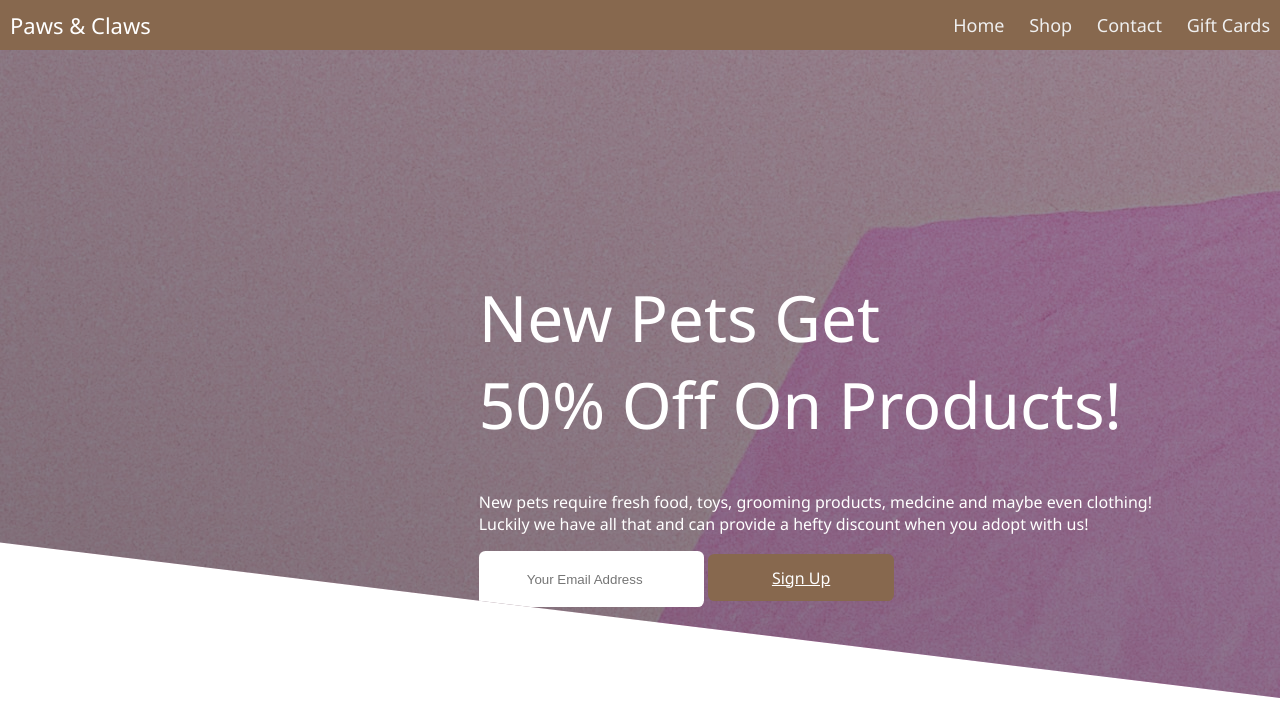
Repository: LtGriff/petProject
Page: dist/about.html
The author's editor kept a copy of each file at every save. The page is drawn from the files as they stood at one save, then again after the next save.
The browser window is 1280 px wide. The pictures show the whole page.

Above is the page before, as saved 2022-05-19 07:38:54.

### dist/about.html
<!DOCTYPE html>
<html lang="en">
<head>
    <meta charset="UTF-8">
    <meta http-equiv="X-UA-Compatible" content="IE=edge">
    <meta name="viewport" content="width=device-width, initial-scale=1.0">
    <link rel="stylesheet" type="text/css" href="../CSS/about.css">
    <title>About the Animal House</title>
</head>
<body>
<!-------------NAV***************BAR----------------------->

    <div class="nav">
        <input type="checkbox" id="nav-check">
        <div class="nav-header">
          <div class="nav-title">
            Paws & Claws
          </div>
        </div>
        <div class="nav-btn">
          <label for="nav-check">
            <span></span>
            <span></span>
            <span></span>
          </label>
        </div>

        <div class="nav-links">
          <a href="index.html" target="">Home</a>
          <a href="shop.html" target="_blank">Shop</a>
          <a href="contact.html" target="_blank">Contact</a>
          <a href="giftcard.html" target="_blank">Gift Cards</a>
        </div>
      </div>

    <!-------------NAV*******BAR********END----------------------->


 <!------------------HEADER*******SECTION---------------------->


 <div class="dogfield"></div>

 <header id="header-section">
  <div class="header-text container">
      <h1>New Pets Get <br> 50%  Off On Products!</h1>
      <p>
         New pets require fresh food, toys, grooming products, medcine and maybe even clothing!<br> Luckily we have all that and can provide a hefty discount when you adopt with us!
      </p>
      <input id="userInput" type="email" placeholder="Your Email Address" required>
      <a class="cta" href="#">Sign Up</a>
      <p id="error">Please provide a valid email address</p>
  </div>
</header>










</body>
</html>

### dist/CSS/about.css
/** NAV BAR **/

* {
    box-sizing: border-box;
  }

  body {
    margin: 0px;
    font-family: 'segoe ui';
  }

  .nav {
    height: 50px;
    width: 100%;
    background-color: #87684e;

  /**
    opacity: .5;
    filter: alpha(opacity=50);
    position: relative;**/
    /* z-index: ; */


    box-shadow:
    0 2.8px 2.2px rgba(0, 0, 0, 0.034),
    0 6.7px 5.3px rgba(0, 0, 0, 0.048),
    0 12.5px 10px rgba(0, 0, 0, 0.06),
    0 22.3px 17.9px rgba(11, 4, 4, 0.072),
    0 41.8px 33.4px rgba(0, 0, 0, 0.086),
    0 100px 80px rgba(0, 0, 0, 0.12);
  }

  .nav > .nav-header {
    display: inline;
  }

  .nav > .nav-header > .nav-title {
    display: inline-block;
    font-size: 22px;
    color: #fff;
    padding: 10px 10px 10px 10px;
  }

  .nav > .nav-btn {
    display: none;
  }

  .nav > .nav-links {
    display: inline;
    float: right;
    z-index: 9;
    font-size: 18px;
  }

  .nav > .nav-links > a {
    display: inline-block;
    padding: 13px 10px 13px 10px;
    text-decoration: none;
    color: #efefef;
  }

  .nav > .nav-links > a:hover {
    background-color: rgba(0, 0, 0, 0.3);
  }

  .nav > #nav-check {
    display: none;
  }


 /** HEADER SECTION **/

#header-section{
    height: 90vh;
    background-image: linear-gradient(
        to left bottom,
        rgba(0, 0, 0, 0.4),
        rgba(0, 0, 0, 0.5)),
    url("../img/catpink.jpg");
    background-attachment: fixed;
    background-size: auto;
    position: relative;
    object-fit: scale-down;
    clip-path: polygon(0% 0%,100% 0%,100% 100%,0% 76%);

  }



  .header-text {
    position: absolute;
    top: 28%;
    right: 10%;
    color: #ffffff;
  }

  .header-text h1 {
    font-size: 4rem;
    font-weight: 500;
  }

  .header-text p {
    margin-bottom: 1rem;
  }

  #header-section input {
    width: 225px;
    height: 3.5rem;
    border-radius: 0.4rem;
    border: none;
    padding: 0.5rem 3rem;
  }

  .cta {
    background-color: #87684e;
    padding: 0.8rem 4rem;
    border-radius: 0.4rem;
    color: #fff;
    font-weight: 400;
  }

  .cta:hover {
    transform: translateY(-3px);
    box-shadow: 0 1rem 2rem rgba(0, 0, 0, .2);
  }

  .cta:active {
    transform: translateY(-1px);
    box-shadow: 0 .5rem 1rem rgba(0, 0, 0, .2);
  }

  .cta::after {
    content: "";
    display: inline-block;
    height: 100%;
    width: 100%;
    border-radius: 10rem;
    position: absolute;
    top: 0;
    left: 0;
    z-index: -1;
    transition: all .4s;
  }

  .cta:hover::after {
    transform: scaleX(1.4) scaleY(1.6);
    opacity: 0;
  }

  #error {
    color: red;
    font-weight: 600;
    display: none;
    margin-top: 1rem;
    transition: all 0.5s ease-in;
  }

@media (max-width:600px) {
    .nav > .nav-btn {
      display: inline-block;
      position: absolute;
      right: 0px;
      top: 0px;
    }
    .nav > .nav-btn > label {
      display: inline-block;
      width: 50px;
      height: 50px;
      padding: 13px;
    }
    .nav > .nav-btn > label:hover,.nav  #nav-check:checked ~ .nav-btn > label {
      background-color: rgba(0, 0, 0, 0.3);
    }
    .nav > .nav-btn > label > span {
      display: block;
      width: 25px;
      height: 10px;
      border-top: 2px solid #eee;
    }
    .nav > .nav-links {
      position: absolute;
      display: block;
      width: 100%;
      background: rgb(234,212,189);
      background: linear-gradient(7deg, rgba(234,212,189,1) 0%, rgba(204,175,140,1) 24%, rgba(191,161,124,1) 64%, rgba(135,104,78,1) 98%);
      height: 0px;
      transition: all 0.3s ease-in;
      overflow-y: hidden;
      top: 50px;
      left: 0px;
    }
    .nav > .nav-links > a {
      display: block;
      width: 100%;
    }
    .nav > #nav-check:not(:checked) ~ .nav-links {
      height: 0px;
    }
    .nav > #nav-check:checked ~ .nav-links {
      height: calc(28vh - 50px);
      overflow-y: auto;
    }

  }

After the next save:
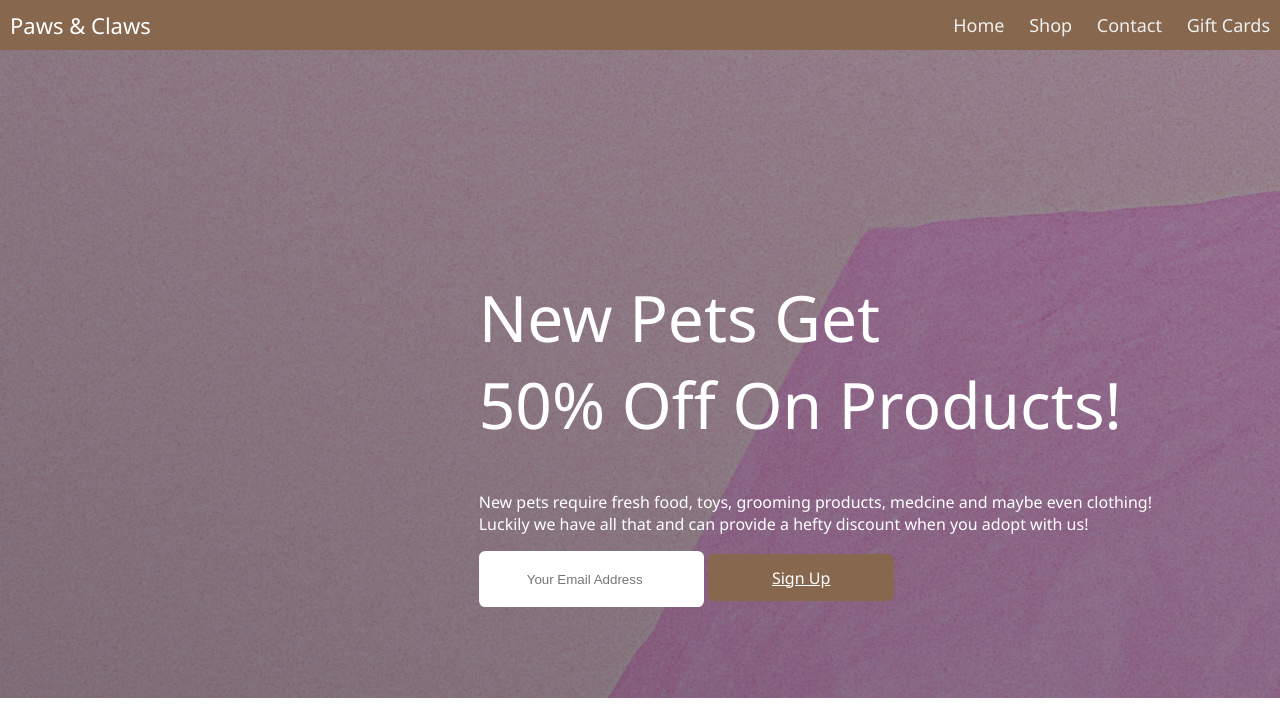
Saved 16 s later.
--- a/dist/CSS/about.css
+++ b/dist/CSS/about.css
@@ -80,7 +80,7 @@
     background-attachment: fixed;
     background-size: auto;
     position: relative;
-    object-fit: scale-down;
+    object-fit:
     clip-path: polygon(0% 0%,100% 0%,100% 100%,0% 76%);
 
   }

After the 3 saves that followed:
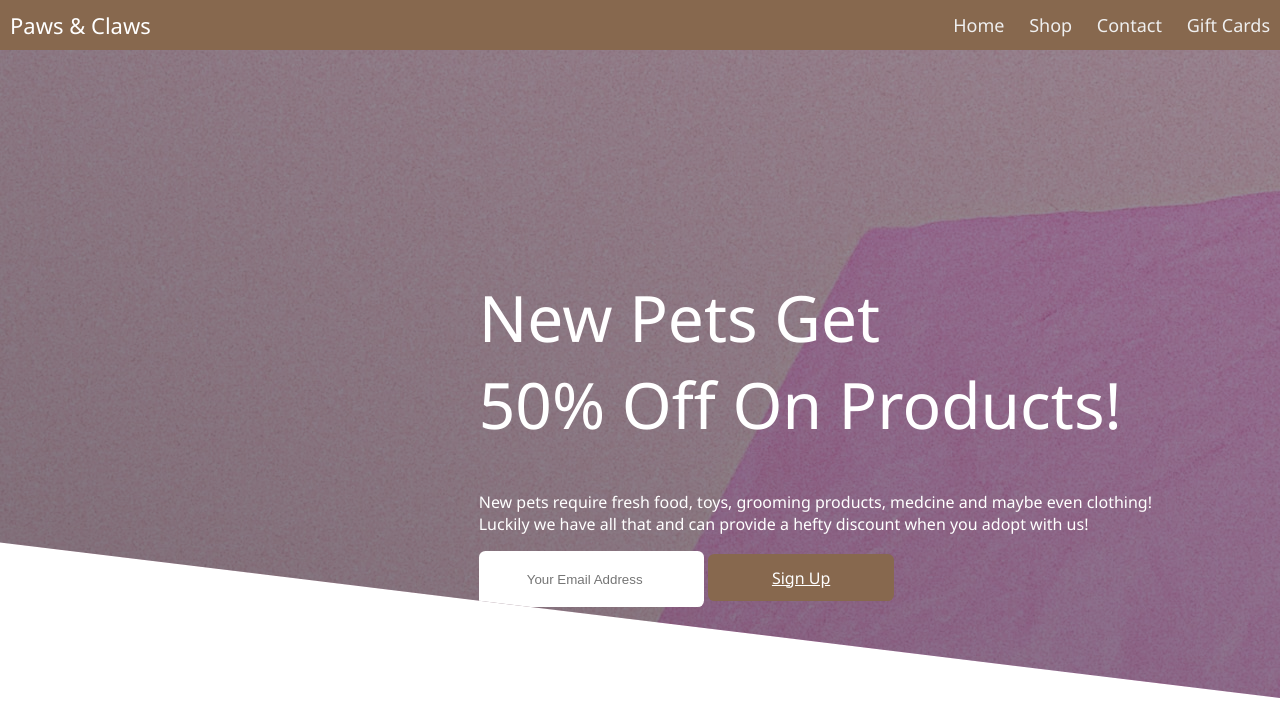
The 3 saves are shown as one change because 1 left the picture as it was and some came seconds apart.
The last was saved 12 s later.
--- a/dist/CSS/about.css
+++ b/dist/CSS/about.css
@@ -80,7 +80,7 @@
     background-attachment: fixed;
     background-size: auto;
     position: relative;
-    object-fit:
+    object-fit: scale-down;
     clip-path: polygon(0% 0%,100% 0%,100% 100%,0% 76%);
 
   }
